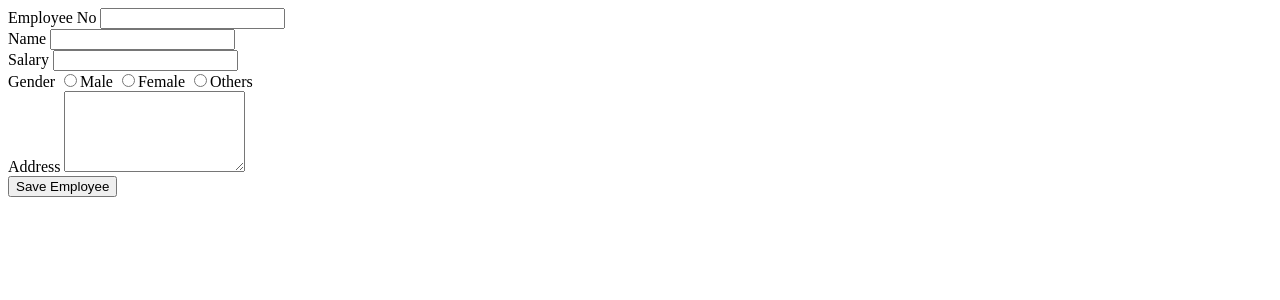
Repository: rajneesh1008/JavaWorld
Page: http://localhost/SpringWeb/jsps/emp.jsp
These files come from the project's save history. The page is drawn as it stood at one moment and after the next save; the edit follows.
The browser window is 1280 px wide. The pictures show the whole page.
The page is served by Tomcat 9. Other server files are loaded and not shown.

Above is the page before, as saved 2019-07-03 17:44:04.

### SpringWebMVC/SpringWeb/src/main/webapp/jsps/emp.jsp
<%@ page language="java" contentType="text/html; charset=ISO-8859-1"
    pageEncoding="ISO-8859-1" isELIgnored="false"%>
<!DOCTYPE html>
<html>
<head>
<meta charset="ISO-8859-1">
<title>Employee Detail</title>
</head>
<body>
<form action="emp" method="post">
<div>
<label>Employee No</label>
<input type="text" name="employeeno"/>
</div>
<div>
<label>Name</label>
<input type="text" name="name"/>
</div>
<div>
<label>Salary</label>
<input type="text" name="salary"/>
</div>
<div>
<label>Gender</label>
<INPUT TYPE="radio" name="gender" value="Male"/>Male
<INPUT TYPE="radio" name="gender" value="Female"/>Female
<INPUT TYPE="radio" name="gender" value="Others"/>Others<br>
</div>
<div>
<label>Address</label>
<textarea rows="5" cols="20" name="address"></textarea>
</div>
<div>
<button>Save Employee</button>
</div>
</form>

</body>
</html>

After the next save:
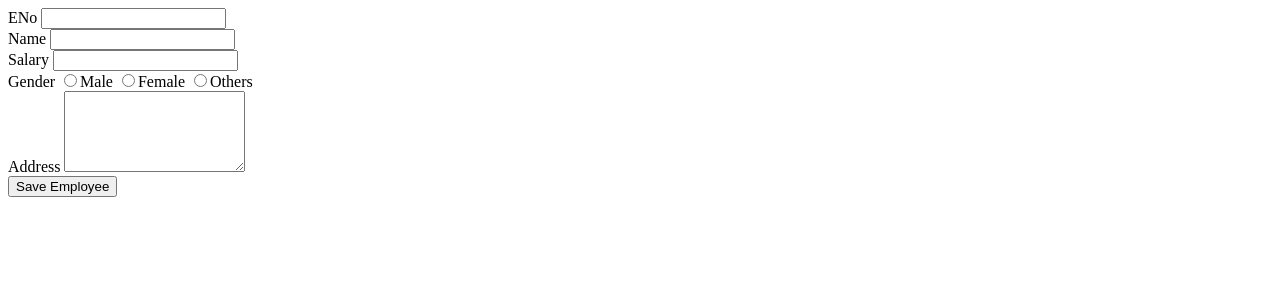
Saved 13 min 5 s later.
--- a/SpringWebMVC/SpringWeb/src/main/webapp/jsps/emp.jsp
+++ b/SpringWebMVC/SpringWeb/src/main/webapp/jsps/emp.jsp
@@ -9,8 +9,8 @@
 <body>
 <form action="emp" method="post">
 <div>
-<label>Employee No</label>
-<input type="text" name="employeeno"/>
+<label>ENo</label>
+<input type="text" name="eno"/>
 </div>
 <div>
 <label>Name</label>
